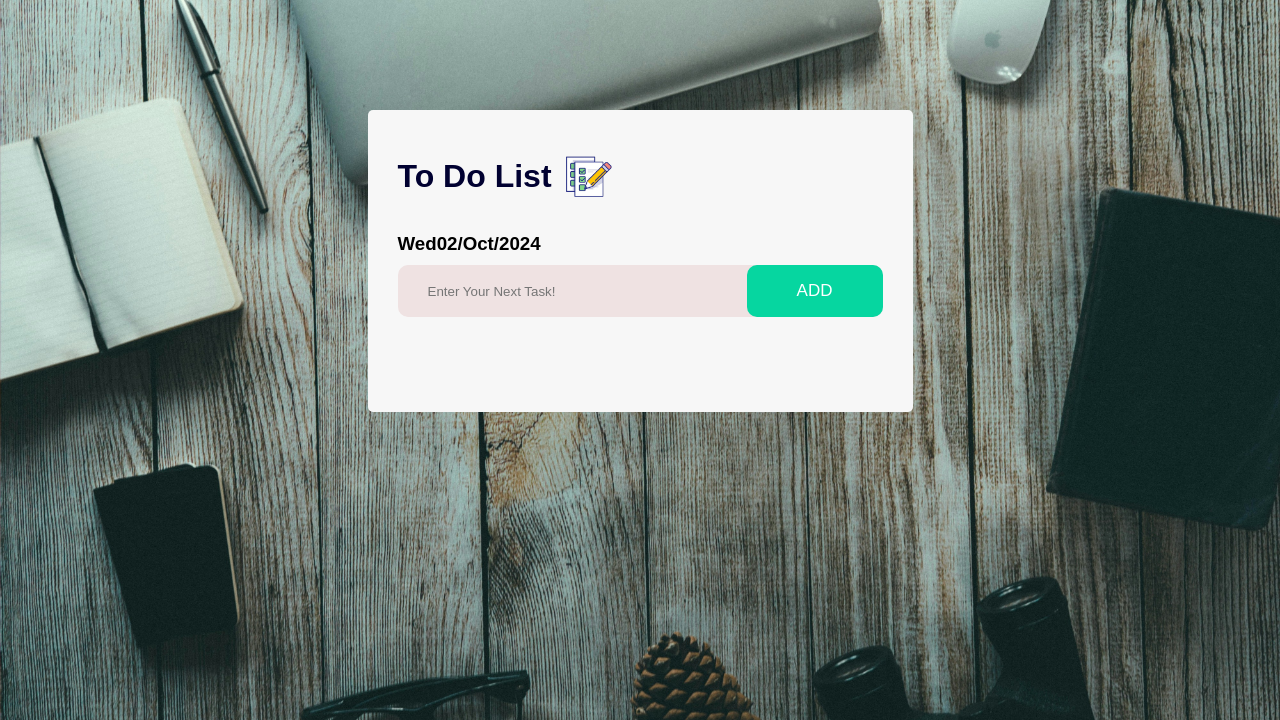
Repository: zeinawady/To_Do_List
Page: index.html
An editor plug-in stored every save of this project. The page is shown before and after the next save, followed by the edit.
The browser window is 1280 px wide. The pictures show the whole page.

Above is the page before, as saved 2024-10-02 01:44:03.

After the next save:
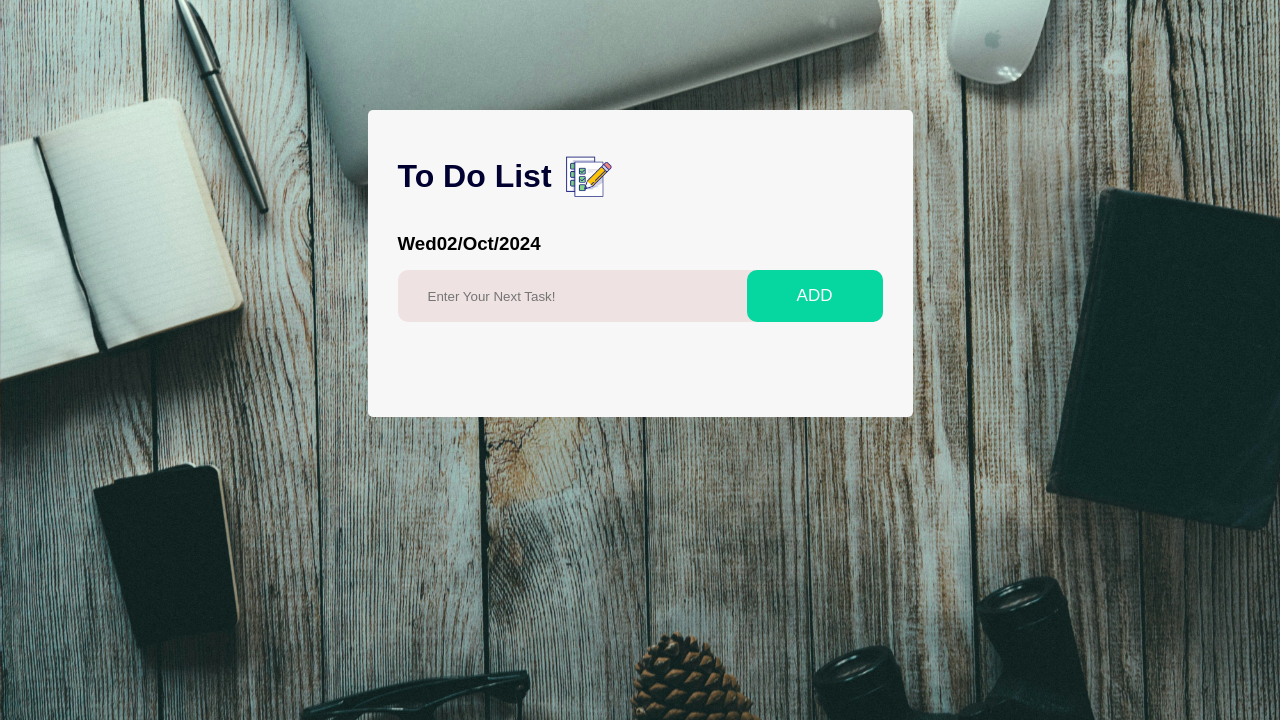
Saved 6 s later.
--- a/css/style.css
+++ b/css/style.css
@@ -22,7 +22,7 @@ li {
     padding: 10px;
 }
 #date{
-    margin-bottom: 10px;
+    margin-bottom: 15px;
 }
 .todo-app {
 
